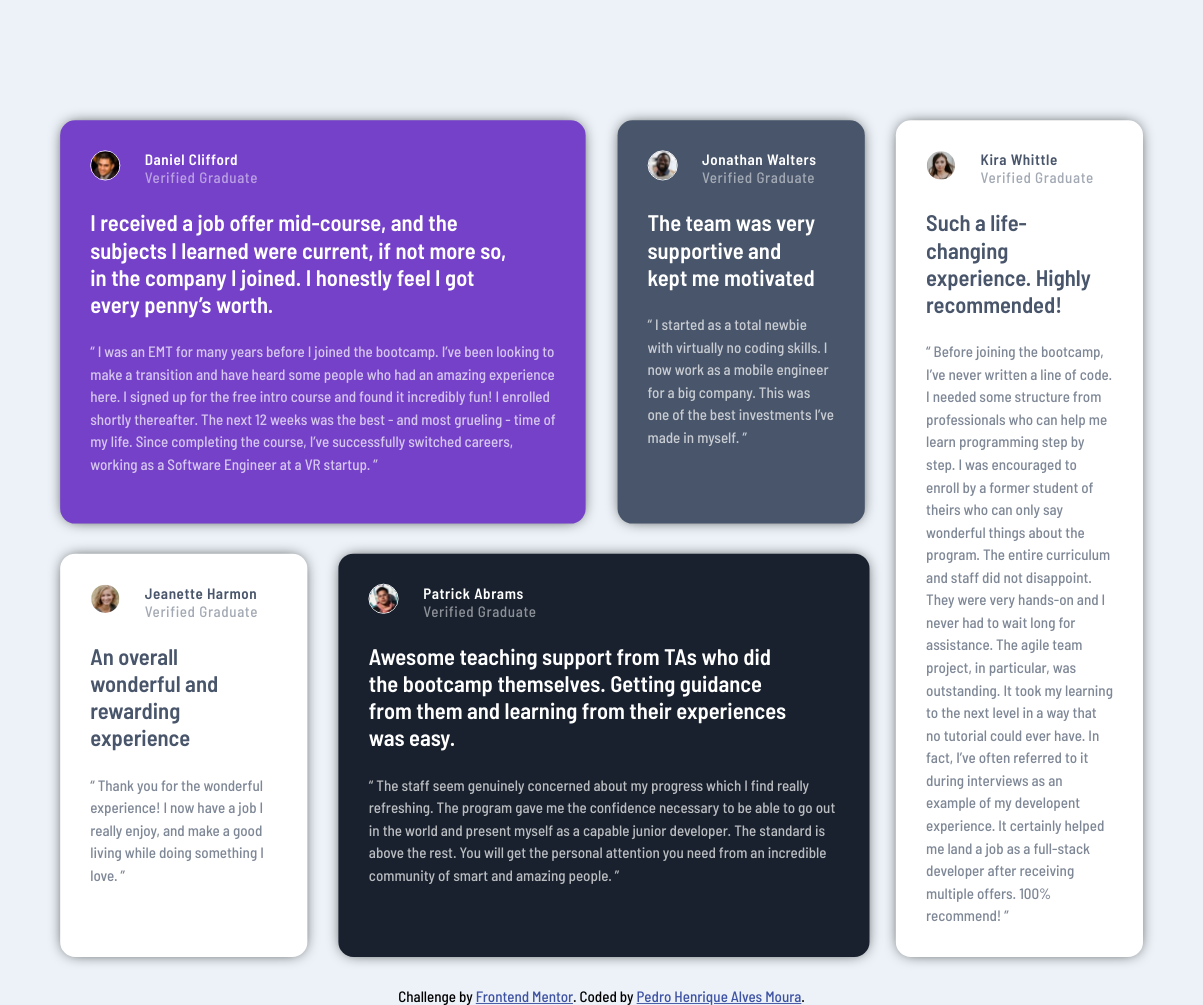
Repository: Pedrohamoura-Git/Frontend-Mentor-Challenges
Page: Junior/testimonials-grid-section-main/index.html
These files come from the project's save history. The page is drawn as it stood at one moment and after the next save; the edit follows.
The browser window is 1280 px wide. The pictures show the whole page, at 94% of full size.

Above is the page before, as saved 2021-06-02 12:10:47.

### Junior/testimonials-grid-section-main/index.html
<!DOCTYPE html>
<html lang="en">
<head>
  <meta charset="UTF-8">
  <meta name="viewport" content="width=device-width, initial-scale=1.0"> <!-- displays site properly based on user's device -->

  <link rel="stylesheet" href="css/style.css">

  <title>Frontend Mentor | [Challenge Name Here]</title>

  <!-- Feel free to remove these styles or customise in your own stylesheet 👍 -->
  <style>
    .attribution { font-size: 11px; text-align: center; }
    .attribution a { color: hsl(228, 45%, 44%); }
  </style>
</head>
<body>

  <div id="wrapper">
    <div id="cards">
      <div id="card1">
        <header class="quotes">
          <div class="picture">
            <img  src="images/image-daniel.jpg" alt="Daniel Clifford's Picture">
          </div>

          <div class="profile">
            <p>Daniel Clifford</p>
            <p class="status">Verified Graduate</p>
          </div>
        </header>


        <h2>I received a job offer mid-course, and the subjects I learned were current, if not more so, in the company I joined. I honestly feel I got every penny’s worth.</h2>

        <p class="reviews">“ I was an EMT for many years before I joined the bootcamp. I’ve been looking to make a transition and have heard some people who had an amazing experience here. I signed up for the free intro course and found it incredibly fun! I enrolled shortly thereafter. The next 12 weeks was the best - and most grueling - time of my life. Since completing the course, I’ve successfully switched careers, working as a Software Engineer at a VR startup. ”</p>
      </div>

      <div id="card2">
        <header>
          <div class="picture">
            <img src="images/image-jonathan.jpg" alt="Jonathan Walters's Picture">
          </div>

          <div class="profile">
            <p>Jonathan Walters</p>
            <p class="status">Verified Graduate</p>
          </div>
        </header>

        <h2>The team was very supportive and kept me motivated</h2>

        <p class="reviews">“ I started as a total newbie with virtually no coding skills. I now work as a mobile engineer
          for a big company. This was one of the best investments I’ve made in myself. ”</p>
      </div>


      <div id="card3">
        <header>
          <div class="picture">
            <img src="images/image-jeanette.jpg" alt="Jeanette Harmon's Picture">
          </div>

          <div class="profile">
            <p>Jeanette Harmon</p>
            <p class="status">Verified Graduate</p>
          </div>
        </header>

        <h2>An overall wonderful and rewarding experience</h2>

        <p class="reviews">“ Thank you for the wonderful experience! I now have a job I really enjoy, and make a good living
          while doing something I love. ”</p>
      </div>

      <div id="card4">
        <header>
          <div class="picture">
            <img src="images/image-patrick.jpg" alt="Patrick Abrams's Picture">
          </div>

          <div class="profile">
            <p>Patrick Abrams</p>
            <p class="status">Verified Graduate</p>
          </div>
        </header>

        <h2>Awesome teaching support from TAs who did the bootcamp themselves. Getting guidance from them and
          learning from their experiences was easy.</h2>

        <p class="reviews">“ The staff seem genuinely concerned about my progress which I find really refreshing. The program
          gave me the confidence necessary to be able to go out in the world and present myself as a capable
          junior developer. The standard is above the rest. You will get the personal attention you need from
          an incredible community of smart and amazing people. ”</p>
      </div>

      <div id="card5">
        <header>
          <div class="picture">
            <img src="images/image-kira.jpg" alt="Kira Whittle's Picture">
          </div>

          <div class="profile">
            <p>Kira Whittle</p>
            <p class="status">Verified Graduate</p>
          </div>
        </header>

        <h2>Such a life-changing experience. Highly recommended!</h2>

        <p class="reviews">“ Before joining the bootcamp, I’ve never written a line of code. I needed some structure from
          professionals who can help me learn programming step by step. I was encouraged to enroll by a former
          student of theirs who can only say wonderful things about the program. The entire curriculum and staff
          did not disappoint. They were very hands-on and I never had to wait long for assistance. The agile team
          project, in particular, was outstanding. It took my learning to the next level in a way that no tutorial
          could ever have. In fact, I’ve often referred to it during interviews as an example of my developent
          experience. It certainly helped me land a job as a full-stack developer after receiving multiple offers.
          100% recommend! ”</p>
      </div>
    </div>
  </div>


  <footer>
    <div class="attribution" style="font-size: 1rem">
      Challenge by <a href="https://www.frontendmentor.io?ref=challenge" target="_blank">Frontend Mentor</a>.
      Coded by <a href="#">Pedro Henrique Alves Moura</a>.
    </div>
  </footer>
</body>
</html>

### Junior/testimonials-grid-section-main/css/style.css
/*
** Core Formats
*/
    @import url('https://fonts.googleapis.com/css2?family=Barlow+Semi+Condensed:ital,wght@0,500;0,600;1,500;1,600&display=swap');


    * {
        box-sizing: border-box;
        font-family: "Barlow Semi Condensed";
        margin: 0;
        padding: 0;

    }

    html {
        Font-size: 13px;
    }

    body {
        background: hsl(210, 46%, 95%);
    }


/*
** Common Formats
*/
    #cards {
        color: white;
        margin: 10% auto;
        max-width: 1730px;
        min-width: 200px;
        width: 90%;
    }
    #cards .picture img {
        border: 1.5px solid white;
        border-radius: 3rem;
        width: 55%;
    }

    #cards h2 {
        font-size: 1.5rem;
        margin-bottom: 1.5rem;
        max-width: 90%;
    }

    #cards div.profile {
        letter-spacing: .04rem;
        margin-bottom: 1.5rem;
    }

    #cards div.profile :first-child {
        font-weight: 600;
    }

    #cards div.profile p.status {
        opacity: 50%;
    }

    #cards p.reviews {
        font-size: 1rem;
        line-height: 1.5rem;
        opacity: 70%;
    }

    #card1, #card2, #card3, #card4, #card5 {
        border-radius: 1rem;
        box-shadow: 0 0 1rem -5px black;
        margin-bottom: 2rem;
        padding: 2rem;
    }


    header {
        display: flex;
    }



    /* CONFIGURAR A IMAGEM DE ASPAS DEPOIS


         #cards #card1 h2 {
        z-index: 10;
    }


    #card1 ::before {
        content: '';
        background: url(../images/bg-pattern-quotation.svg)no-repeat;
        width: 30%;
        height: 20%;
        position: absolute;
        top: 3rem;
        right: 2rem;
        z-index: 2;
    }
    } */


/*
** Format each card individually
*/
    #card1 {
        background: hsl(263, 55%, 52%);
    }

    #card1 {
        background-image: url(../images/bg-pattern-quotation.svg);
        background-repeat: no-repeat;
        background-position-x: 75%;
        background: hsl(263, 55%, 52%);
    }


    #card2 {
        background: hsl(217, 19%, 35%);
    }


    #card3 {
        background: white;
        color: hsl(217, 19%, 35%);
    }


    #card4 {
        background: hsl(219, 29%, 14%);
    }


    #card5 {
        background: white;
        color: hsl(217, 19%, 35%);
    }



/*
** Format the footer
*/
    footer {
        margin-top: -10%;
    }


    /*
    ** Tablet Layout
    */
        @media (min-width: 720px) {

            html {
                font-size: 16px;
            }

            #cards {
                display: grid;
                grid-template-columns: repeat(2, 1fr);
                column-gap: 2.1rem;
            }

            #card1 {
                grid-column: 1 / span 2;
            }

            #card4 {
                grid-column: 1 / span 2;
            }

            #card5 {
                grid-column: 1 / span 2;
            }
        }



    /*
    ** Desktop - Layout
    */
        @media (min-width: 1080px) {
            #cards {
                display: grid;
                grid-template-columns: repeat(4, 1fr);
                grid-template-rows: repeat(2, 1fr);
            }


            #card1 {
                grid-column: 1 / span 2;
                grid-row: 1;
            }

            #card4 {
                grid-column: 2 / span 3;
                grid-row: 2;

                /* To avoid an unintentional span  */
                width: 66%;
            }


            #card5 {
                grid-column: 4;
                grid-row: 1 / span 2;
            }
        }

After the next save:
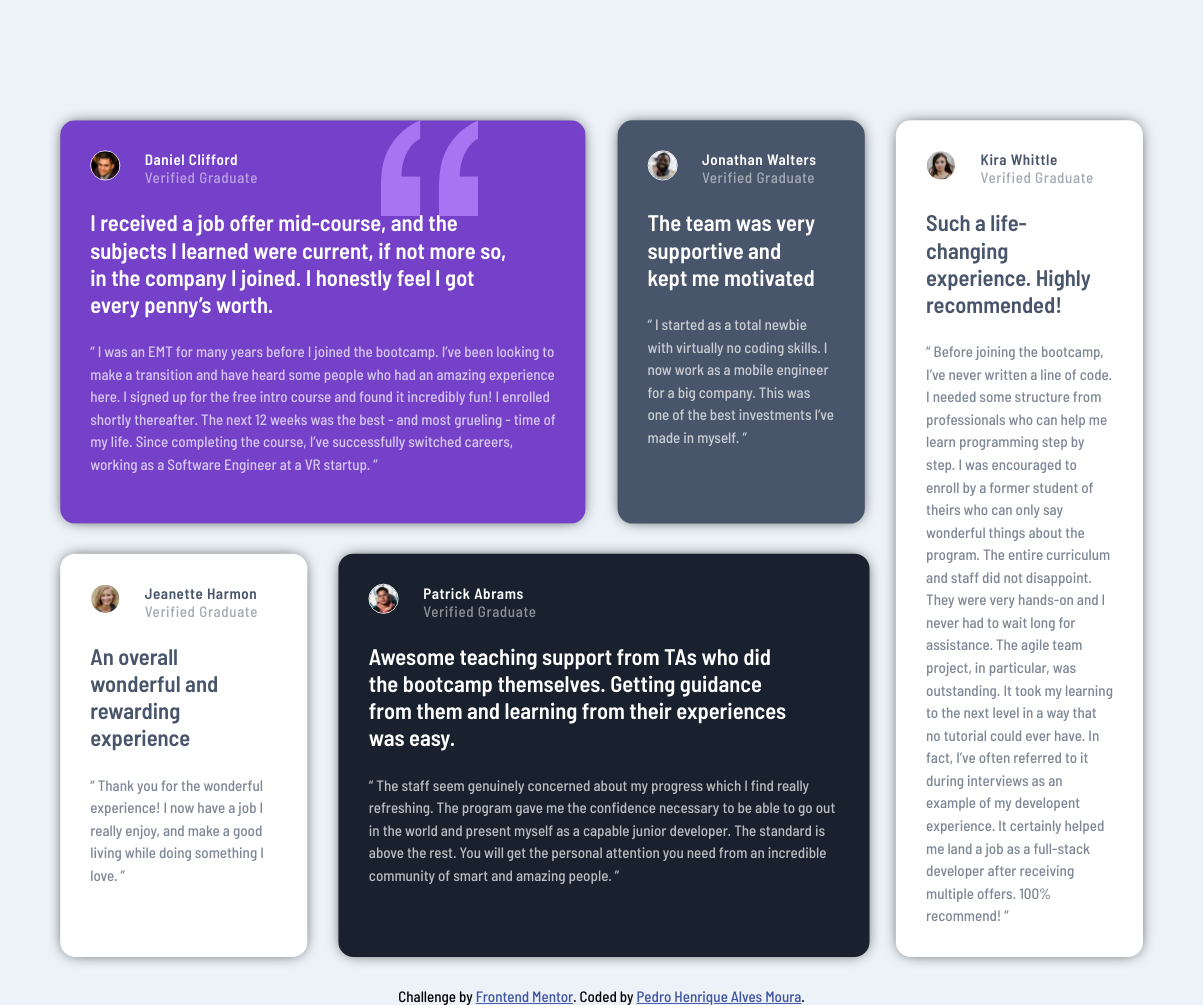
Saved 6 s later.
--- a/Junior/testimonials-grid-section-main/css/style.css
+++ b/Junior/testimonials-grid-section-main/css/style.css
@@ -108,7 +108,7 @@
         background-image: url(../images/bg-pattern-quotation.svg);
         background-repeat: no-repeat;
         background-position-x: 75%;
-        background: hsl(263, 55%, 52%);
+        background-color: hsl(263, 55%, 52%);
     }
 
 
